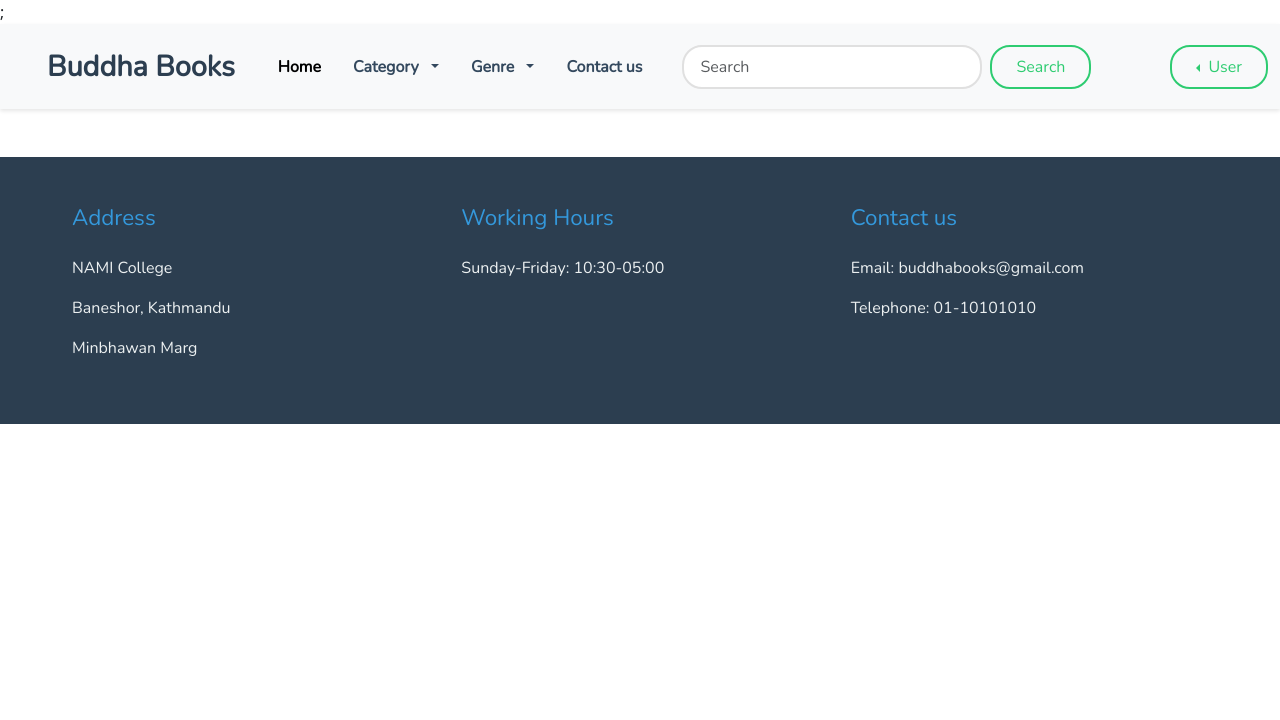
Repository: Shuprawal/Library-Management-System
Page: resources/views/addProfile.blade.php
An editor plug-in stored every save of this project. The page is shown before and after a run of saves, followed by the edit.
The browser window is 1280 px wide. The pictures show the whole page.
Some web libraries are served in a nearby version. The page is served by the project's Laravel application, run on PHP 8.4 with Laravel 12. Other server files are loaded and not shown. The database holds what the project's SQL file puts in it. The template is opened directly, without the code that normally fills it, so the values that code supplies are empty.

Above is the page before, as saved 2024-12-29 08:43:16.

### app/Providers/AppServiceProvider.php
<?php

namespace App\Providers;

use App\Models\Publisher;
use Illuminate\Support\ServiceProvider;
use Illuminate\Support\Facades\View;
use App\Models\Genre;
use App\Models\Author;
use App\Models\Book;
class AppServiceProvider extends ServiceProvider
{
    /**
     * Register any application services.
     */
    public function register(): void
    {
        //
    }

    /**
     * Bootstrap any application services.
     */
    public function boot(): void
    {
        //
        View::composer(['kitab', 'allbooklist', 'layouts.try'], function ($view) {
            $view->with('genres', Genre::all());
        });

        View::composer(['kitab', 'allbooklist', 'layouts.try'], function ($view) {
            $view->with('authors', Author::all());
        });

        View::composer(['kitab', 'allbooklist', 'layouts.try'], function ($view) {
            $view->with('publishers', Publisher::all());
        });

        View::composer(['list', 'index'], function ($view) {
            $view->with('books', Book::with(['authors', 'genres', 'publisher'])->get());
        });


        // View::composer('book', function ($view) {
        //     $view->with('book', function () {
        //         // Retrieve the book ID from the route
        //         $id = request()->route('id');

        //         // Fetch the book along with related models
        //         return Book::with(['authors', 'genres', 'publisher'])->findOrFail($id);
        //     });
        // });
        // public function index()
        // {
        //     $books = Book::with(['authors', 'genres', 'publisher'])->get();
        //     return view('allbooklist', compact('books'));
        // }
    }
}

### routes/web.php
<?php
use App\Http\Controllers\BookController;
use App\Http\Controllers\AuthorController;
use App\Http\Controllers\PublisherController;
use App\Http\Controllers\ProfileController;
use App\Http\Controllers\GenreController;
use Illuminate\Support\Facades\Route;
use Illuminate\Support\Facades\Auth;
use Laravel\Jetstream\Http\Controllers\Inertia\UserProfileController;

Route::get('/login', function () {
    return view('login');
})->name('login');

Route::get('/data', function () {
    return view('data');
});

Route::middleware([
    'auth:sanctum',
    config('jetstream.auth_session'),
    'verified',
])->group(function () {
    Route::get('/dashboard', function () {
        return view('dashboard');
    })->name('dashboard');
});

Route::get('/new', function () {
    return view('new');
});

Route::get('/', function () {
    return view('index');
})->name('home');



Route::get('/allist', function () {
    return view('authorlist');
})->name('authorlist');

Route::get('/addauthor', function () {
    return view('author.addauthor');
});


Route::get('/book', function () {
    return view('book');
})->name('book');

Route::get('/book2', function () {
    return view('book2');
})->name('book2');

Route::get('/booklist', function () {
    return view('booklist');
});

Route::get('/add', function () {
    return view('add');
});

Route::get('/addbook', function () {
    return view('addbook');
});

Route::get('/kitab', function () {
    return view('kitab');
})->name('kitab');

Route::get('/addmore', function () {
    return view('addmore');
});

Route::get('/addgenre', function () {
    return view('addgenre');
});

Route::get('/addpublisher', function () {
    return view('addpublisher');
});

Auth::routes();

// Route::get('/home', [App\Http\Controllers\HomeController::class, 'index'])->name('index');

// Route ::get('addpublisher',[PublisherController::class, 'index'])->name('publisher.index');
// Route ::get('addpublisher',[PublisherController::class, 'create'])->name('publisher.create');
// Route ::post('pulish',[PublisherController::class, 'store'])->name('publisher.store');


// Display a list of publishers (index)
Route::get('publishers', [PublisherController::class, 'index'])->name('publisher.index');

// Display the form to add a publisher (create)
Route::get('addpublisher', [PublisherController::class, 'create'])->name('publisher.create');

// Store the new publisher (store)
Route::post('addpublisher', [PublisherController::class, 'store'])->name('publisher.store');
Route::post('addpublisher', [PublisherController::class, 'store'])->name('publisher.store');
Route::post('kitab', [BookController::class, 'store'])->name('book.store');






Route::get('genres', [GenreController::class, 'index'])->name('genre.index');


Route::get('addgenre', [GenreController::class, 'create'])->name('genre.create');


Route::post('addgenre', [GenreController::class, 'store'])->name('genre.store');

// Route::get('/books/{genre}', [BookController::class, 'listByGenre'])->name('booklist');




Route::get('authors', [AuthorController::class, 'index'])->name('author.index');


Route::get('addauthor', [AuthorController::class, 'create'])->name('author.create');


Route::post('addauthor', [AuthorController::class, 'store'])->name('author.store');




Route::get('books', [BookController::class, 'index'])->name('book.index');


Route::get('kitab', [BookController::class, 'create'])->name('book.create');


Route::post('kitab', [BookController::class, 'store'])->name('book.store');

// Route::post('/kitab', [BookController::class, 'store']);

Route::get('/addNewBook',function(){
    return view('addNewBook');
})->name('new');


Route::get('/list', function () {
    return view('list');
})->name('list');


// Route::get('/booklist', function () {
//     return view('booklist');
// })->name('booklist');

Route::get('authorlist', [AuthorController::class, 'index'])->name('authorlist');
Route::delete('autorlist/{id}', [AuthorController::class, 'destroy'])->name('delete_author');

Route::get('genrelist', [GenreController::class, 'index'])->name('genrelist');
Route::delete('genrelist/{id}', [GenreController::class, 'destroy'])->name('delete_genre');

Route::get('publisherlist', [PublisherController::class, 'index'])->name('publisherlist');
Route::delete('publisher/{id}', [PublisherController::class, 'destroy'])->name('delete_publisher');


Route::get('allbooklist', [BookController::class, 'index'])->name('allbooklist');
Route::delete('allbooklist/{id}', [BookController::class, 'destroy'])->name('delete_book');

Route::get('/book/{id}', [BookController::class, 'show'])->name('book');


 Route::post('/publisherEdit/{id}', [PublisherController::class, 'edit'])->name('publisher_edit');


Route::get('/publisherEdit/{id}', [PublisherController::class, 'edit'])->name('publisher_edit');
Route::put('/publisherEdit/{id}', [PublisherController::class, 'update'])->name('publisher_update');



Route::post('/authorEdit/{id}', [AuthorController::class, 'edit'])->name('author_edit');


Route::get('/authorEdit/{id}', [AuthorController::class, 'edit'])->name('author_edit');
Route::put('/authorEdit/{id}', [AuthorController::class, 'update'])->name('author_update');


Route::post('/genreEdit/{id}',[GenreController::class,'edit'])->name('genre_edit');
Route::get('/genreEdit/{id}',[GenreController::class,'edit'])->name('genre_edit');
Route::put('genreEdit/{id}',[GenreController::class,'update'])->name('genre_update');

Route::get('bookEdit/{id}',[BookController::class,'edit'])->name('book_edit');
Route::post('bookEdit/{id}',[BookController::class,'edit'])->name('book_edit');
Route::put('bookEdit/{id}',[BookController::class,'update'])->name('book_update');

 Route::get('booklist/{id}',[BookController::class,'getBooksByGenre'])->name('booklist');







//  show profile

Route::middleware('auth')->group(function(){

    Route::get('profile',[ProfileController::class,'show'])->name('showProfile');
    Route::get('addprofile',[ProfileController::class,'create'])->name('profilecreate');
});

### resources/views/addProfile.blade.php
@extends('layouts.try');
@section('hom-body')
<form action="{{route('profilecreate')}}" method="Post">
@csrf


</form>
@endsection

### app/Models/Genre.php
<?php

namespace App\Models;

use Illuminate\Database\Eloquent\Model;

class Genre extends Model
{
    protected $fillable = ['name'];

    public function books() {
        return $this->belongsToMany(Book::class, 'book_genres', 'genre_id', 'book_id');
    }
}

### app/Models/Author.php
<?php

namespace App\Models;

use Illuminate\Database\Eloquent\Model;

class Author extends Model
{
    protected $fillable = ['name'];

    // In Author Model
    public function books() {
        return $this->belongsToMany(Book::class, 'book_authors', 'authorID', 'bookID');
    }



}

### app/Models/Publisher.php
<?php

namespace App\Models;

use Illuminate\Database\Eloquent\Model;

class Publisher extends Model
{
    protected $fillable = ['name'];

    public function books() {
        return $this->hasMany(Book::class, 'publisherID','id');
    }
}

### library management system database.sql (the tables this page reads)
CREATE TABLE `authors` (
  `id` bigint(20) UNSIGNED NOT NULL,
  `name` varchar(255) NOT NULL,
  `created_at` timestamp NULL DEFAULT NULL,
  `updated_at` timestamp NULL DEFAULT NULL
) ENGINE=InnoDB DEFAULT CHARSET=utf8mb4 COLLATE=utf8mb4_unicode_ci;

INSERT INTO `authors` (`id`, `name`, `created_at`, `updated_at`) VALUES
(1, 'ram', '2024-12-23 05:53:07', '2024-12-23 05:53:07'),
(2, 'showan', '2024-12-23 05:53:38', '2024-12-23 05:53:38'),
(4, 'Nishan', '2024-12-23 06:12:34', '2024-12-23 06:12:34'),
(7, 'author one two', '2024-12-26 06:05:45', '2024-12-27 19:07:31'),
(8, 'Jane Austen', '2024-12-26 08:37:50', '2024-12-26 08:37:50'),
(9, 'Harper Lee', '2025-01-04 03:07:21', '2025-01-04 03:07:21'),
(10, 'Harold Bloom', '2025-01-04 03:16:23', '2025-01-04 03:16:23'),
(11, 'Sylvia Plath', '2025-01-04 03:23:03', '2025-01-04 03:23:03'),
(12, 'Don DeLillo', '2025-01-04 03:30:40', '2025-01-04 03:30:40'),
(13, 'Kazuo Ishiguro', '2025-01-04 03:41:48', '2025-01-04 03:41:48'),
(14, 'Hilary Mantel', '2025-01-04 03:48:40', '2025-01-04 03:48:40'),
(15, 'Marilynne Robinson', '2025-01-04 04:29:46', '2025-01-04 04:29:46'),
(16, 'Chimamanda Ngozi Adichie', '2025-01-04 04:37:14', '2025-01-04 04:37:14'),
(17, 'Buddhi Sagar', '2025-01-04 04:43:20', '2025-01-04 04:43:20'),
(18, 'Sudheer Sharma', '2025-01-04 04:49:10', '2025-01-04 04:49:10'),
(19, 'Thaddeus Kertzmann', '2025-01-05 00:06:17', '2025-01-05 00:06:17'),
(20, 'Marilie Wilkinson', '2025-01-05 00:06:17', '2025-01-05 00:06:17'),
(21, 'Rusty Johns', '2025-01-05 00:06:17', '2025-01-05 00:06:17'),
(22, 'Gunnar Lueilwitz', '2025-01-05 00:06:17', '2025-01-05 00:06:17'),
(23, 'Valentine Schowalter', '2025-01-05 00:06:17', '2025-01-05 00:06:17'),
(24, 'Henry Ortiz IV', '2025-01-05 00:06:17', '2025-01-05 00:06:17'),
(25, 'Edwina Schinner', '2025-01-05 00:06:17', '2025-01-05 00:06:17'),
(26, 'Jalon Johnson', '2025-01-05 00:06:17', '2025-01-05 00:06:17'),
(27, 'Kattie Lubowitz', '2025-01-05 00:06:17', '2025-01-05 00:06:17'),
(28, 'Dr. Forrest Rau', '2025-01-05 00:06:17', '2025-01-05 00:06:17'),
(29, 'Prof. Ian Hahn MD', '2025-01-05 00:06:17', '2025-01-05 00:06:17'),
(30, 'Mylene Gutmann', '2025-01-05 00:06:17', '2025-01-05 00:06:17'),
(31, 'Jamison Erdman III', '2025-01-05 00:06:17', '2025-01-05 00:06:17'),
(32, 'Jimmie Rohan', '2025-01-05 00:06:17', '2025-01-05 00:06:17'),
(33, 'Mr. Merritt Willms MD', '2025-01-05 00:06:17', '2025-01-05 00:06:17');

ALTER TABLE `authors`
  ADD PRIMARY KEY (`id`);

ALTER TABLE `authors`
  MODIFY `id` bigint(20) UNSIGNED NOT NULL AUTO_INCREMENT, AUTO_INCREMENT=34;

CREATE TABLE `genres` (
  `id` bigint(20) UNSIGNED NOT NULL,
  `name` varchar(255) NOT NULL,
  `created_at` timestamp NULL DEFAULT NULL,
  `updated_at` timestamp NULL DEFAULT NULL
) ENGINE=InnoDB DEFAULT CHARSET=utf8mb4 COLLATE=utf8mb4_unicode_ci;

INSERT INTO `genres` (`id`, `name`, `created_at`, `updated_at`) VALUES
(3, 'Action', '2024-12-23 05:19:01', '2024-12-27 19:37:51'),
(5, 'comedy', '2024-12-24 17:54:38', '2024-12-24 17:54:38'),
(6, 'Fantasy', '2024-12-24 17:55:35', '2024-12-24 17:55:35'),
(7, 'Horror', '2024-12-24 17:56:06', '2024-12-24 17:56:06'),
(8, 'Science Fiction', '2024-12-24 17:56:37', '2024-12-24 17:56:37'),
(9, 'Thriller', '2024-12-24 17:56:55', '2024-12-24 17:56:55'),
(10, 'Mystery', '2024-12-24 17:57:08', '2024-12-24 17:57:08'),
(12, 'Romance', '2024-12-26 08:34:08', '2024-12-26 08:34:08'),
(13, 'Fiction', '2024-12-26 08:34:22', '2024-12-26 08:34:22'),
(14, 'Biography', '2024-12-28 06:43:40', '2025-01-05 06:57:52'),
(15, 'Novel', '2025-01-04 03:15:48', '2025-01-04 03:15:48');

ALTER TABLE `genres`
  ADD PRIMARY KEY (`id`);

ALTER TABLE `genres`
  MODIFY `id` bigint(20) UNSIGNED NOT NULL AUTO_INCREMENT, AUTO_INCREMENT=16;

CREATE TABLE `publishers` (
  `id` bigint(20) UNSIGNED NOT NULL,
  `created_at` timestamp NULL DEFAULT NULL,
  `updated_at` timestamp NULL DEFAULT NULL,
  `name` varchar(30) NOT NULL,
  `address` varchar(30) NOT NULL
) ENGINE=InnoDB DEFAULT CHARSET=utf8mb4 COLLATE=utf8mb4_unicode_ci;

INSERT INTO `publishers` (`id`, `created_at`, `updated_at`, `name`, `address`) VALUES
(1, '2024-12-21 04:33:17', '2025-01-05 06:52:00', 'Ram Publishers', 'kathmandu nepal'),
(2, '2024-12-21 04:41:55', '2025-01-05 06:52:34', 'New Publisher', 'kathmandu'),
(3, '2024-12-21 17:25:32', '2025-01-05 06:51:39', 'We Publish', 'kathmandu'),
(5, '2024-12-21 23:50:11', '2025-01-05 06:50:56', 'rama', 'atlanta'),
(6, '2024-12-21 23:50:31', '2025-01-05 06:51:16', 'hari', 'New York, United States'),
(10, '2024-12-26 04:18:17', '2024-12-26 04:18:17', 'pub one', 'atlanta'),
(12, '2024-12-26 08:36:18', '2024-12-26 08:36:18', 'Dover Publications', 'New York, United States'),
(13, '2025-01-04 03:06:46', '2025-01-04 03:06:46', 'Bibliomania', 'Egypt'),
(14, '2025-01-04 03:15:05', '2025-01-04 03:15:05', 'Infobase', 'New York, United States'),
(15, '2025-01-04 03:30:24', '2025-01-04 03:30:24', 'Viking Adult', 'United States'),
(16, '2025-01-04 03:41:30', '2025-01-04 03:41:30', 'Faber and Faber', 'United Kingdom'),
(17, '2025-01-04 03:49:05', '2025-01-04 03:49:05', 'Fourth Estate', 'United Kingdom'),
(18, '2025-01-04 04:30:34', '2025-01-04 04:30:34', 'Farrar Straus and Giroux', 'United States'),
(19, '2025-01-04 04:42:50', '2025-01-04 04:42:50', 'FinePrint Publication', 'Nepal'),
(20, '2025-01-04 04:50:07', '2025-01-04 04:50:07', 'Kitab Publishers', 'Kathmandu, Nepal'),
(21, '2025-01-05 00:28:20', '2025-01-05 00:28:20', 'Williamson Ltd', '6306 Goodwin Shoals Apt. 309\nL'),
(22, '2025-01-05 00:28:20', '2025-01-05 00:28:20', 'Labadie, Hermiston and Bins', '60562 Gaylord Street Suite 597'),
(23, '2025-01-05 00:28:20', '2025-01-05 00:28:20', 'Watsica Inc', '8086 Eulalia Orchard\nPort Alis'),
(24, '2025-01-05 00:28:20', '2025-01-05 00:28:20', 'Mann and Sons', '68884 O\'Keefe Point\nIgnatiusmo'),
(25, '2025-01-05 00:28:20', '2025-01-05 00:28:20', 'Hermiston Ltd', '2903 Kilback Street\nPadbergfur'),
(26, '2025-01-05 00:28:20', '2025-01-05 00:28:20', 'Kiehn, Steuber and Herzog', '848 Unique Locks Apt. 760\nEast'),
(27, '2025-01-05 00:28:20', '2025-01-05 00:28:20', 'Nicolas and Sons', '834 Effertz Pine Suite 736\nPet'),
(28, '2025-01-05 00:28:20', '2025-01-05 00:28:20', 'Maggio Group', '9788 Koss Mount Apt. 425\nVinni'),
(29, '2025-01-05 00:28:20', '2025-01-05 00:28:20', 'Erdman Inc', '770 Ariel Ranch Apt. 969\nUpton'),
(30, '2025-01-05 00:28:20', '2025-01-05 00:28:20', 'Hermiston, Cremin and O\'Keefe', '2780 Jazmyne Stravenue\nElfried'),
(31, '2025-01-05 00:28:20', '2025-01-05 00:28:20', 'Schimmel Ltd', '225 Stephanie Greens\nSouth Alt'),
(32, '2025-01-05 00:28:20', '2025-01-05 00:28:20', 'Kunze, Dach and Miller', '9410 Gertrude View\nEast Mathew');

ALTER TABLE `publishers`
  ADD PRIMARY KEY (`id`);

ALTER TABLE `publishers`
  MODIFY `id` bigint(20) UNSIGNED NOT NULL AUTO_INCREMENT, AUTO_INCREMENT=33;

Loaded but not shown: app/Http/Controllers/Auth/ConfirmPasswordController.php (common file); app/Http/Controllers/Controller.php (common file); resources/views/layouts/try.blade.php (469 lines, source omitted)

After the next 3 saves:
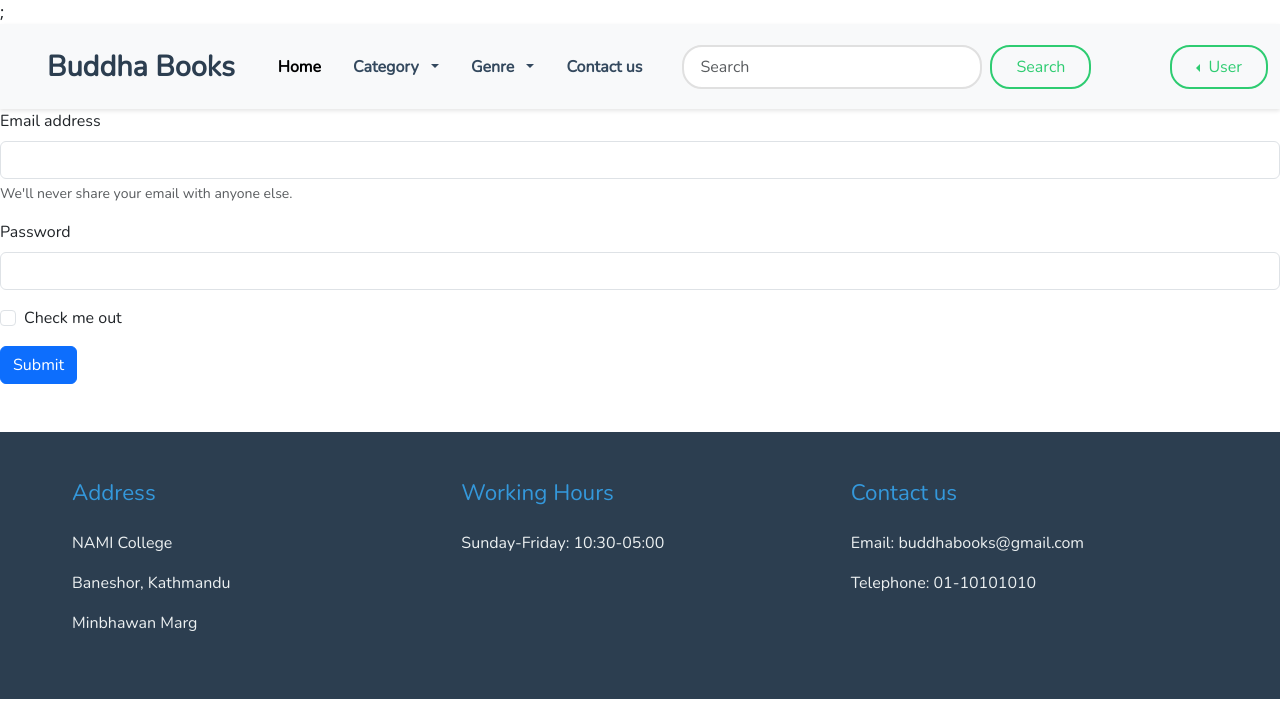
The 3 saves are shown as one change because they came seconds apart.
The last was saved 3 h 55 min later.
--- a/resources/views/addProfile.blade.php
+++ b/resources/views/addProfile.blade.php
@@ -4,5 +4,20 @@
 @csrf
 
 
+  <div class="mb-3">
+    <label for="exampleInputEmail1" class="form-label">Email address</label>
+    <input type="email" class="form-control" id="exampleInputEmail1" aria-describedby="emailHelp">
+    <div id="emailHelp" class="form-text">We'll never share your email with anyone else.</div>
+  </div>
+  <div class="mb-3">
+    <label for="exampleInputPassword1" class="form-label">Password</label>
+    <input type="password" class="form-control" id="exampleInputPassword1">
+  </div>
+  <div class="mb-3 form-check">
+    <input type="checkbox" class="form-check-input" id="exampleCheck1">
+    <label class="form-check-label" for="exampleCheck1">Check me out</label>
+  </div>
+  <button type="submit" class="btn btn-primary">Submit</button>
+
 </form>
 @endsection
